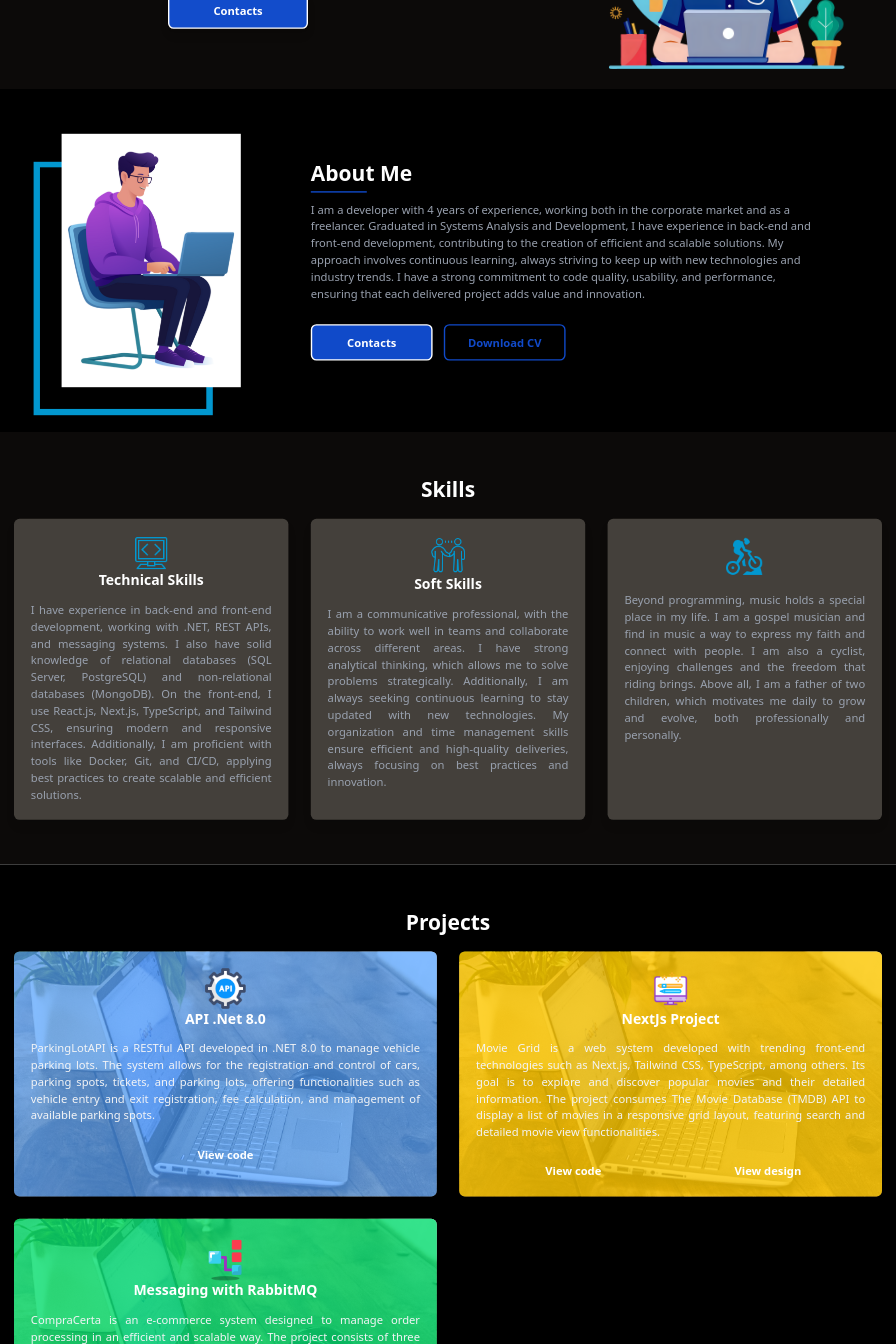
Repository: kcsdesenvolvedor/portfolio
Page: index.html
The author's editor kept a copy of each file at every save. The page is drawn from the files as they stood at one save, then again after the next save.
The browser window is 1280 px wide. The pictures show the part of the page from y = 353 to 2273 px (the page is 2838 px tall), at 70% of full size.

Above is the page before, as saved 2025-03-26 20:14:27.
Console error: TypeError: Cannot read properties of null (reading 'textContent')

After the next save:
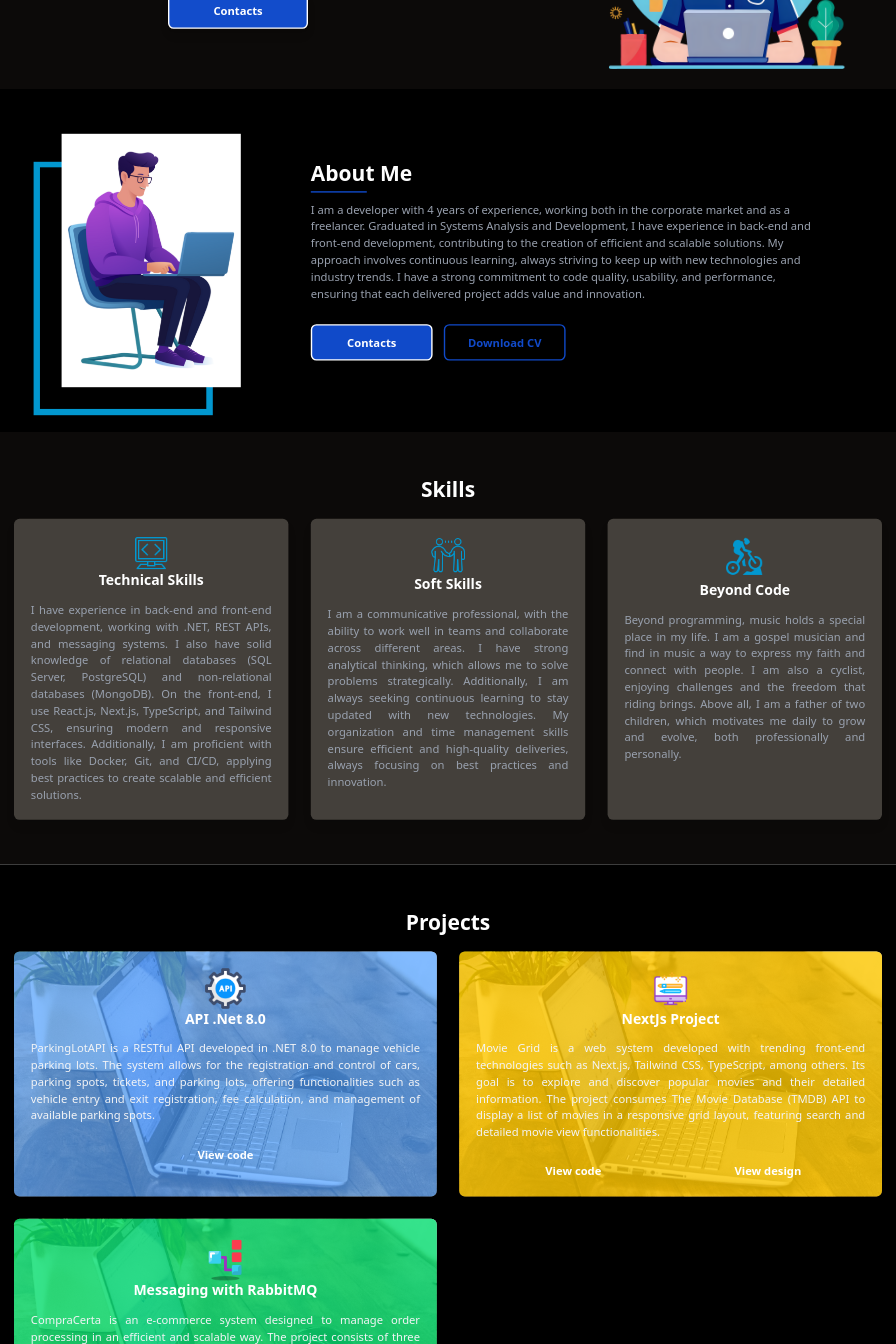
Saved 38 s later.
--- a/js/translations.js
+++ b/js/translations.js
@@ -13,6 +13,7 @@ const translations = {
       "aboutMeInfo": "I am a developer with 4 years of experience, working both in the corporate market and as a freelancer. Graduated in Systems Analysis and Development, I have experience in back-end and front-end development, contributing to the creation of efficient and scalable solutions. My approach involves continuous learning, always striving to keep up with new technologies and industry trends. I have a strong commitment to code quality, usability, and performance, ensuring that each delivered project adds value and innovation.",
       "technicalSkills": "Technical Skills",
       "softSkills": "Soft Skills",
+      "beyondCode": "Beyond Code",
     },
     pt: {
       "home": "Início",
@@ -28,5 +29,6 @@ const translations = {
       "aboutMeInfo": "Sou um desenvolvedor com 4 anos de experiência, atuando tanto no mercado corporativo quanto como freelancer. Graduado em Análise e Desenvolvimento de Sistemas, tenho experiência no desenvolvimento de back-end e front-end, contribuindo para a criação de soluções eficientes e escaláveis. Minha abordagem envolve aprendizado contínuo, sempre buscando me manter atualizado com novas tecnologias e tendências do setor. Tenho um forte compromisso com a qualidade do código, usabilidade e desempenho, garantindo que cada projeto entregue agregue valor e inovação.",
       "technicalSkills": "Habilidades Técnicas",
       "softSkills": "Habilidades Comportamentais",
+      "beyondCode": "Além do Código",
     }
   };
